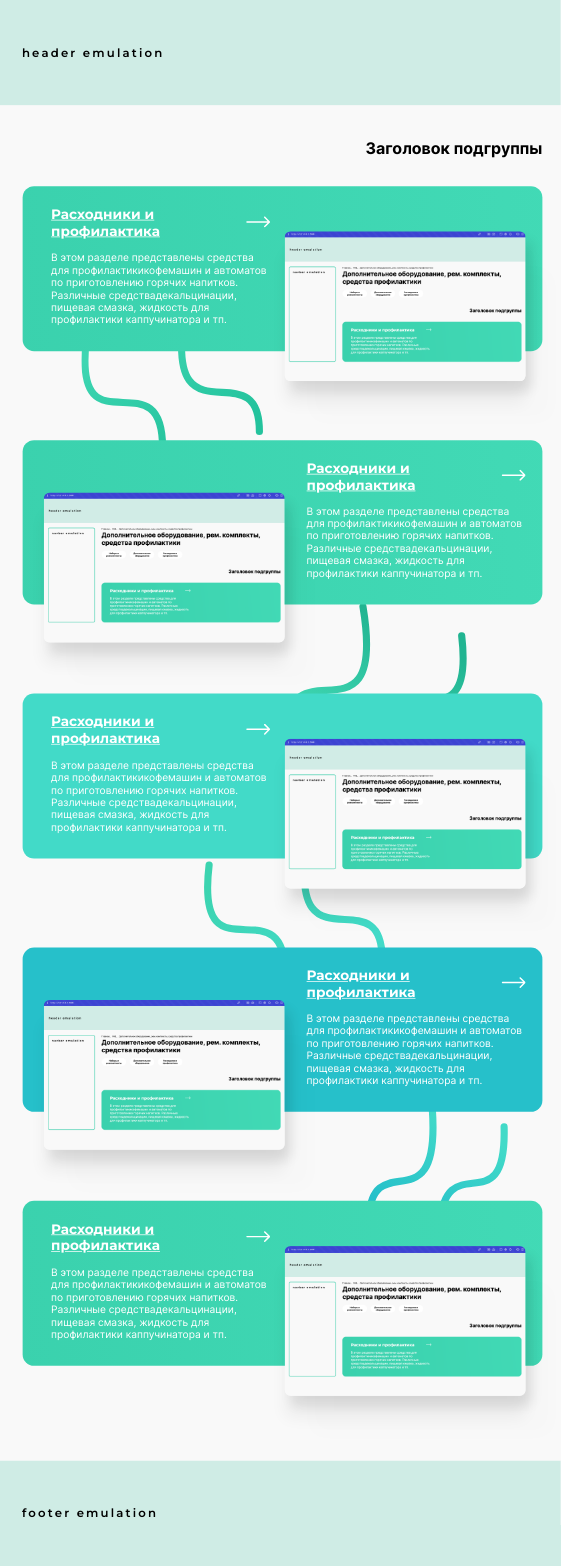
Repository: axonde/venpart-faq-pages
Page: index.html
These files come from the project's save history. The page is drawn as it stood at one moment and after the next save; the edit follows.
The browser window is 768 px wide. The pictures show the whole page, at 73% of full size.

Above is the page before, as saved 2024-02-28 20:11:03.

After the next save:
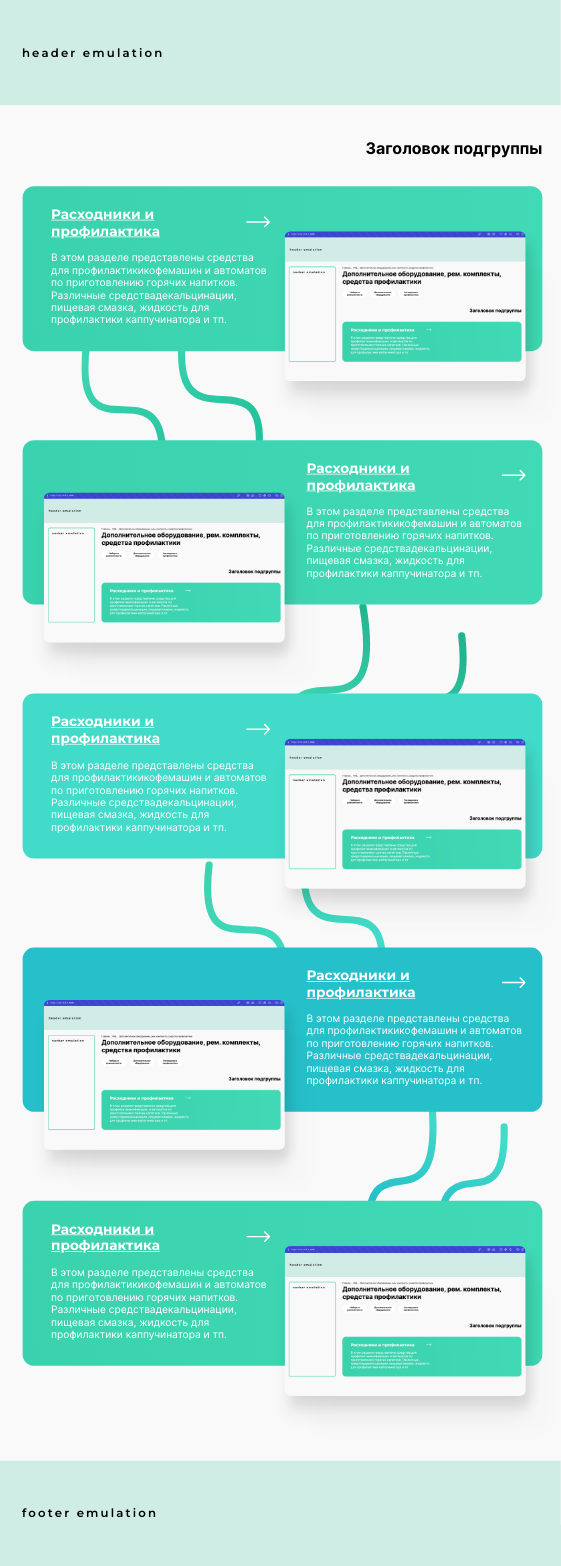
Saved 4 s later.
--- a/style.css
+++ b/style.css
@@ -653,7 +653,7 @@ scrollbar-width: none; /* Firefox */}
 		font: 14px 'Inter';}
 	.faq__item::after {
 		transform: scale(0.7);
-    bottom: -180px;
+    bottom: -190px;
     left: 27px;}
 	.faq__item:nth-child(2n)::after {
 		transform: scale(0.7);
